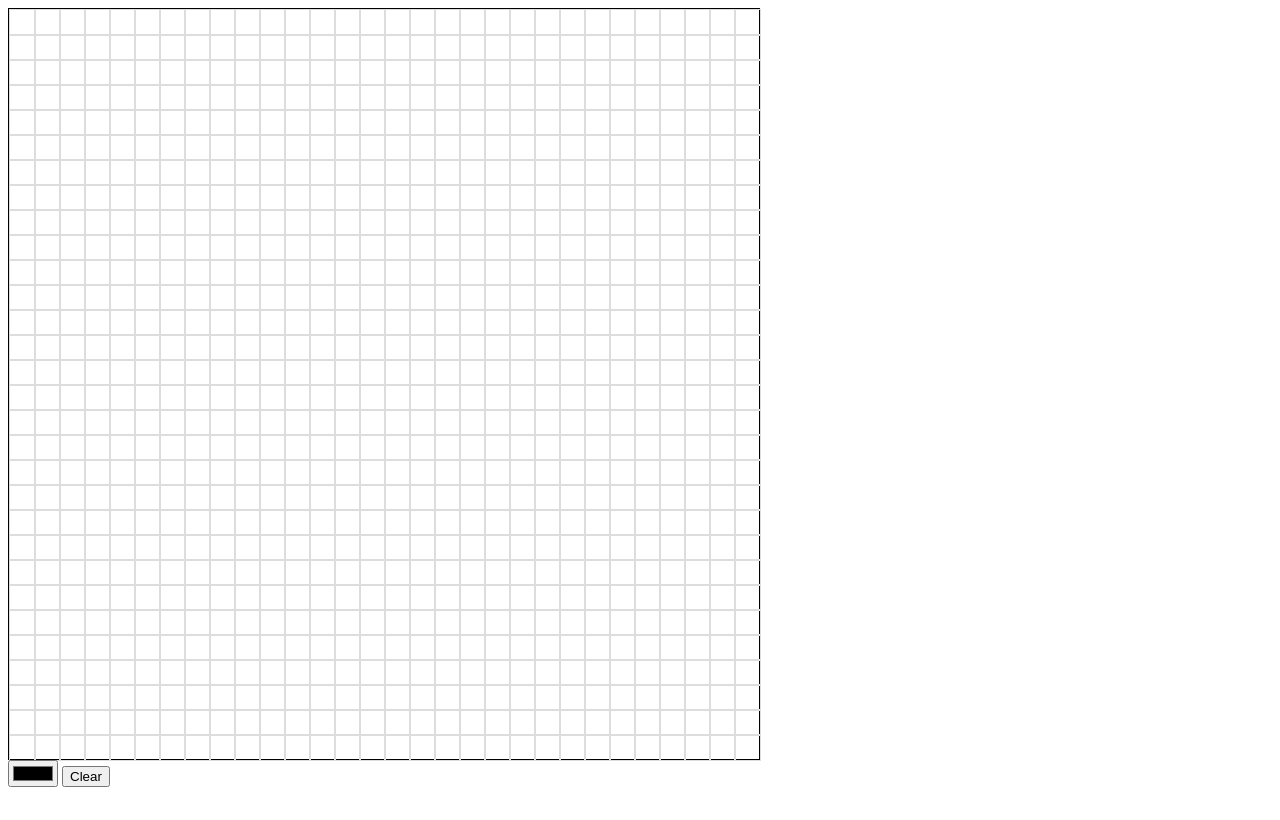
Repository: oldens/handwritten-digit-recognition
Page: index.html
The author's editor kept a copy of each file at every save. The page is drawn from the files as they stood at one save, then again after the next save.
The browser window is 1280 px wide. The pictures show the whole page.

Above is the page before, as saved 2025-01-31 15:59:17.

### index.html
<!DOCTYPE html>
<html lang="en">
<head>
    <meta charset="UTF-8">
    <meta name="viewport" content="width=device-width, initial-scale=1.0">
    <title>Drawing App</title>
    <link rel="stylesheet" href="styles.css">
</head>
<body>
    <div id="drawing-area"></div>

    <input type="color" id="color-picker">
    <button id="clear-button">Clear</button>
    <script src="script.js"></script>
</body>
</html>

### styles.css
:root {
    --grid-size: 30;
    --cell-size: 25px;
}

#drawing-area {
    width: calc(var(--grid-size) * var(--cell-size));
    height: calc(var(--grid-size) * var(--cell-size));
    display: grid;
    grid-template-columns: repeat(var(--grid-size), var(--cell-size));
    grid-template-rows: repeat(var(--grid-size), var(--cell-size));
    border: 1px solid #000;
}

.cell {
    width: var(--cell-size)px;
    height: 5px;
    border: 1px solid #ddd;
}

#color-picker {
    margin-bottom: 10px;
}

#clear-button {
    margin-bottom: 25px;
}

### script.js
const drawingArea = document.getElementById('drawing-area');
const colorPicker = document.getElementById('color-picker');
const clearButton = document.getElementById('clear-button');

const rootStyles = getComputedStyle(document.documentElement);

const numRows = parseInt(rootStyles.getPropertyValue('--grid-size'));
const numCols = numRows;
const cellSize = parseInt(rootStyles.getPropertyValue('--cell-size'));

let drawingData = Array.from({ length: numRows }, () => Array(numCols).fill('#FFFFFF'));

function createDrawingArea() {
    for (let row = 0; row < numRows; row++) {
        for (let col = 0; col < numCols; col++) {
            const cell = document.createElement('div');
            cell.classList.add('cell');
            cell.style.width = `${cellSize}px`;
            cell.style.height = `${cellSize}px`;
            drawingArea.appendChild(cell);
        }
    }
}

function drawCell(row, col) {
    const color = colorPicker.value;
    drawingData[row][col] = color;
    const cell = drawingArea.children[row * numCols + col];
    cell.style.backgroundColor = color;
}

function clearDrawingArea() {
    drawingData = Array.from({ length: numRows }, () => Array(numCols).fill('#FFFFFF'));
    for (let i = 0; i < drawingArea.children.length; i++) {
        drawingArea.children[i].style.backgroundColor = '#FFFFFF';
    }
}

colorPicker.addEventListener('input', (event) => {
    colorPicker.value = event.target.value;
});

clearButton.addEventListener('click', clearDrawingArea);

createDrawingArea();

let isMouseDown = false;

drawingArea.addEventListener('mousedown', (event) => {
    if (event.button === 0) { // Check if the left mouse button is pressed
        isMouseDown = true;
        handleMouseEvent(event);
    }
});

drawingArea.addEventListener('mousemove', (event) => {
    if (isMouseDown) {
        handleMouseEvent(event);
    }
});

drawingArea.addEventListener('mouseup', (event) => {
    if (event.button === 0) { // Check if the left mouse button is released
        isMouseDown = false;
    }
});

drawingArea.addEventListener('mouseleave', () => {
    isMouseDown = false; // Reset if the mouse leaves the element
});

function handleMouseEvent(event) {
    const cell = event.target;
    if (cell.classList.contains('cell')) {
        const row = Math.floor(cell.offsetTop / cellSize);
        const col = Math.floor(cell.offsetLeft / cellSize);
        drawCell(row, col);
    }
}

After the next save:
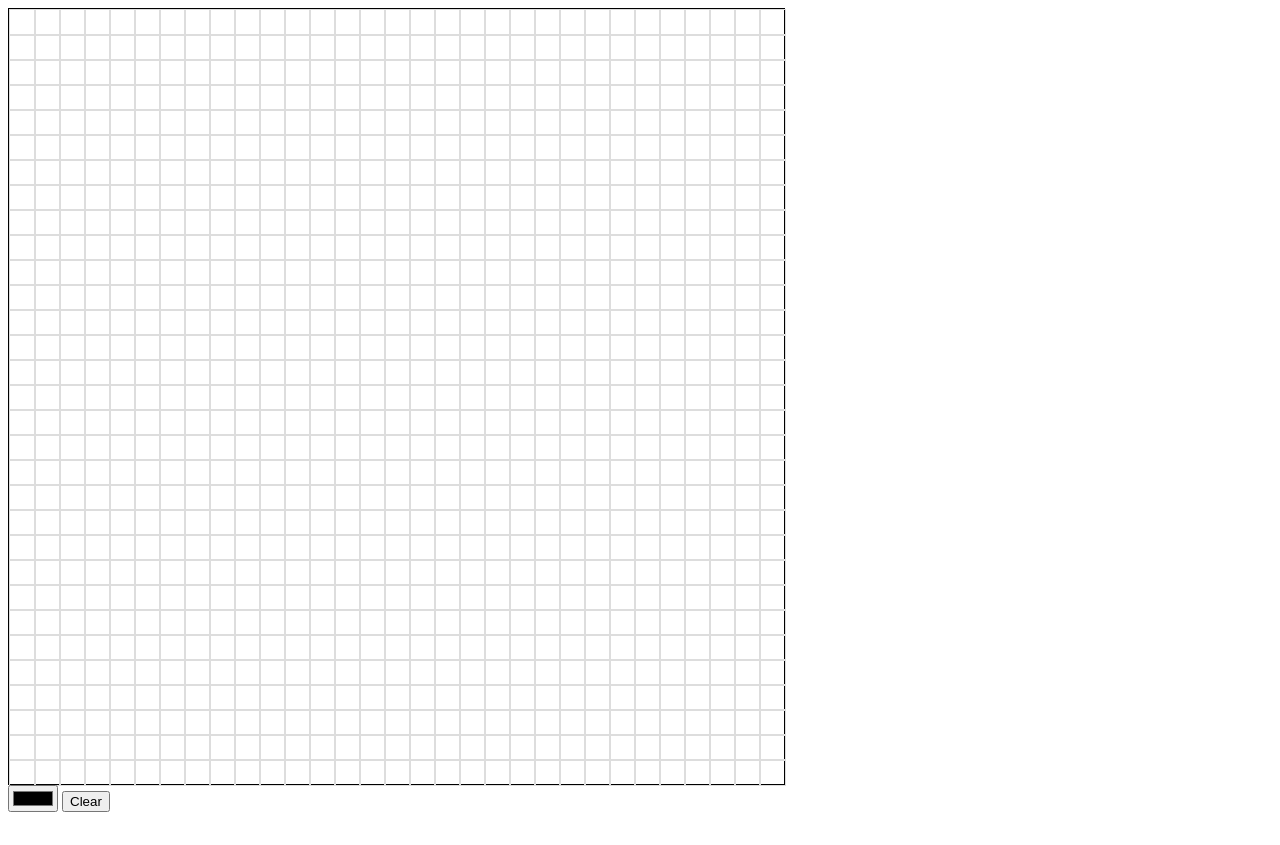
Saved 9 s later.
--- a/styles.css
+++ b/styles.css
@@ -1,5 +1,5 @@
 :root {
-    --grid-size: 30;
+    --grid-size: 31;
     --cell-size: 25px;
 }
 
